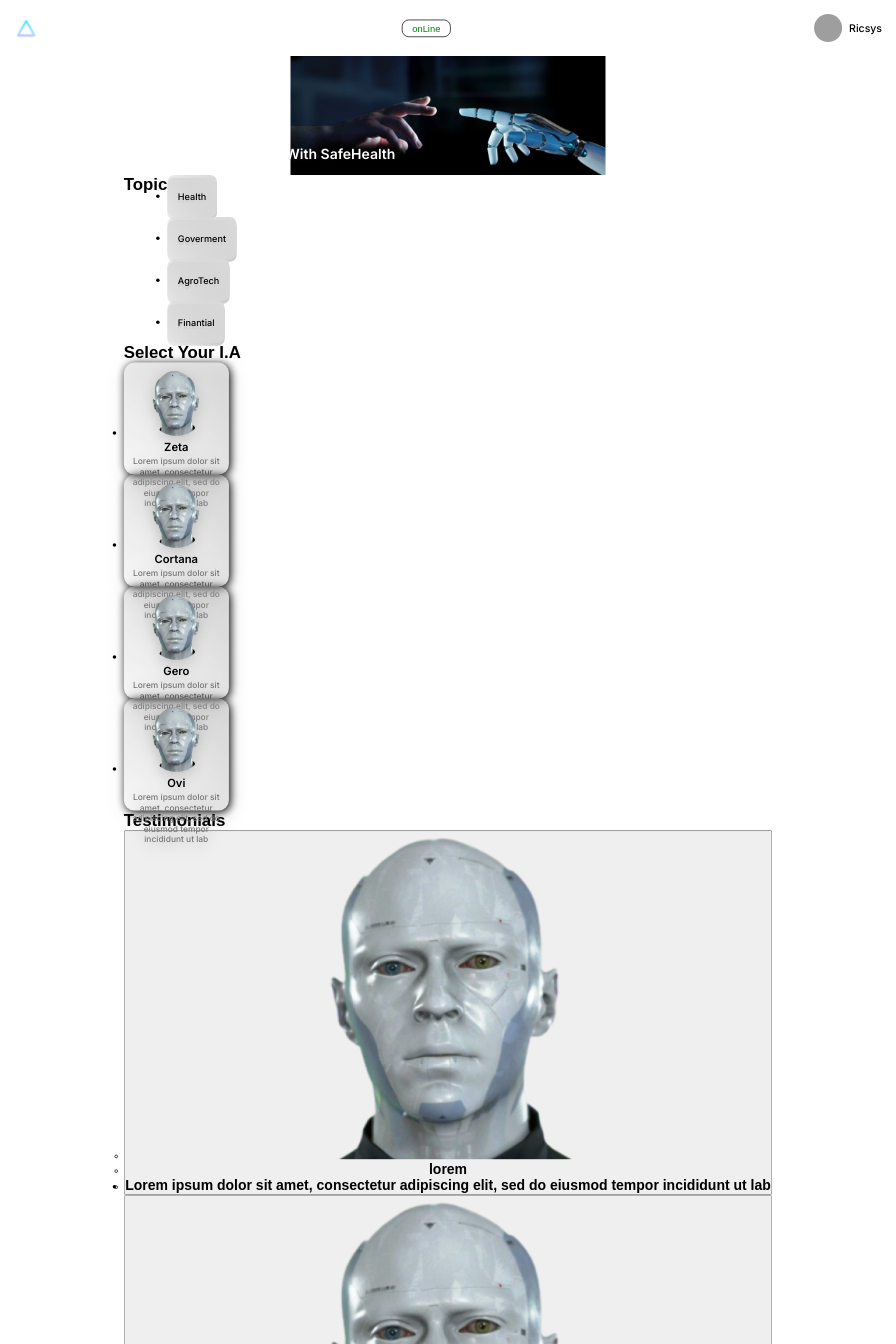
Repository: Cherced/virtualassistant
Page: /
These files come from the project's save history. The page is drawn as it stood at one moment and after the next save; the edit follows.
The browser window is 1280 px wide. The pictures show the part of the page from y = 0 to 1920 px (the page is 3758 px tall before and 3618 px after), at 70% of full size.
Pictures or frames that could not be fetched are drawn as grey boxes. The project was rebuilt for these pictures with package versions that can differ from the ones it lists, and the page was loaded fresh each time. The framework's server and built-in components were replaced by stand-ins that run in the browser.

Above is the page before, as saved 2022-07-19 13:36:09.

After the next save:
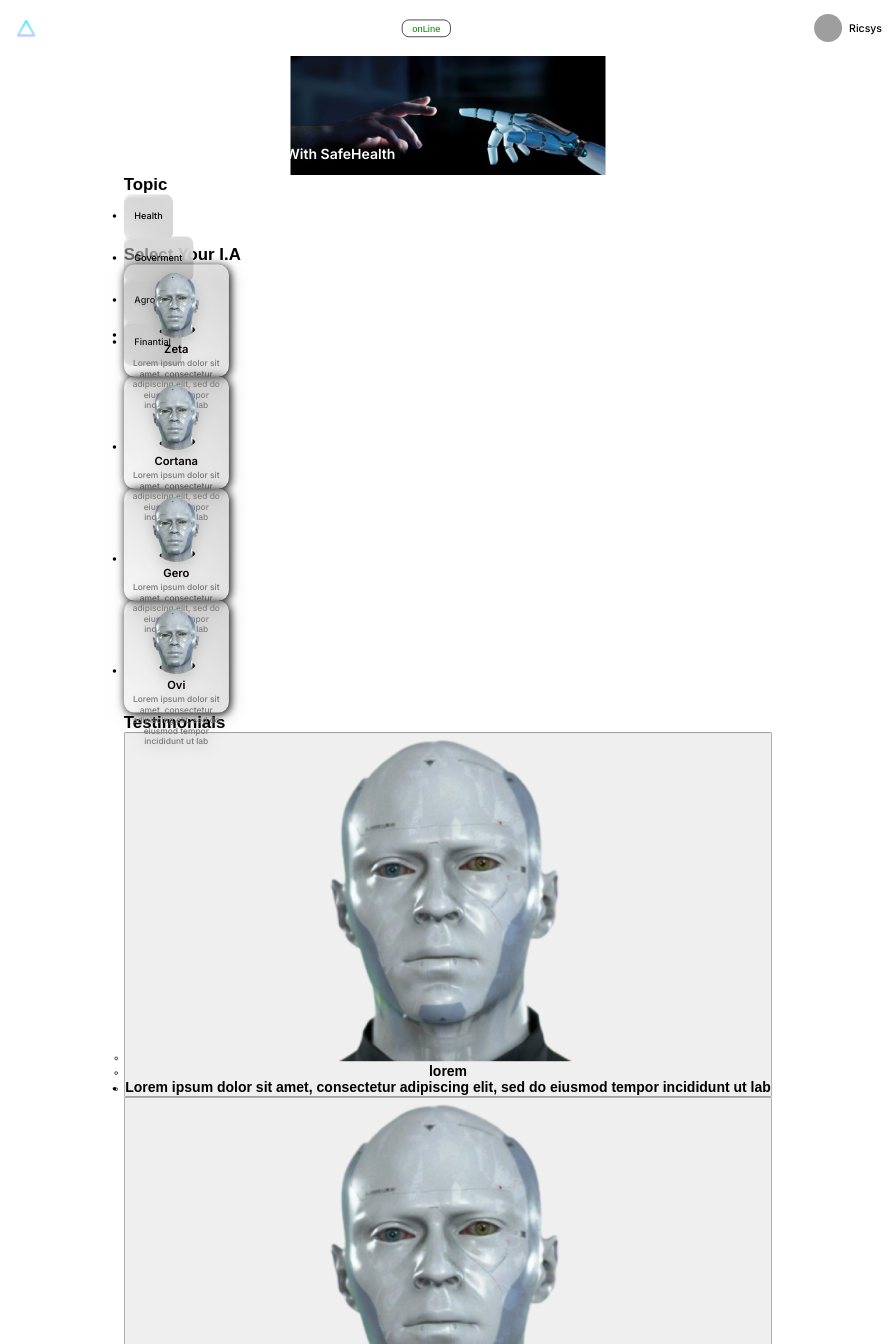
Saved 30 s later.
--- a/sass/pages/_dashboard.scss
+++ b/sass/pages/_dashboard.scss
@@ -31,7 +31,8 @@
     }
 
     .dashMain__section--specialist{
-        display: flex;
+       width: 100%;
+       height: 100px;
     }
 
 }
